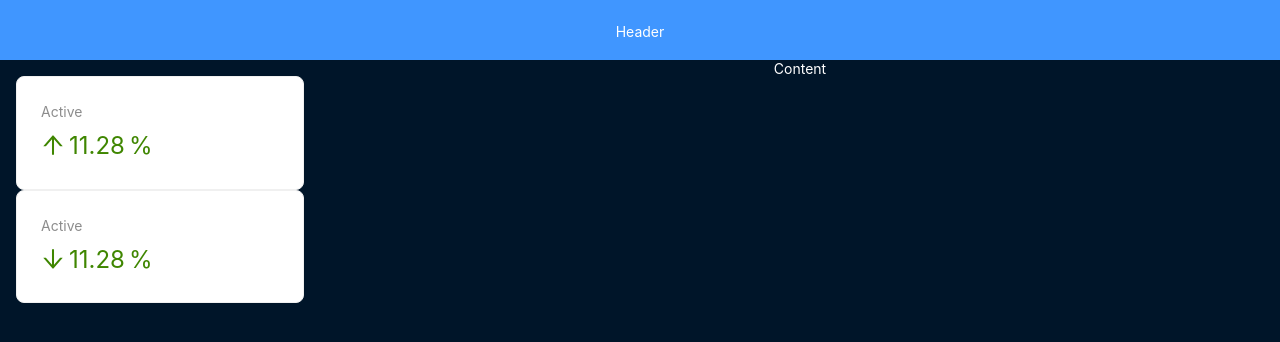
Repository: Vadia23/React-Crypto-App
Page: /
An editor plug-in stored every save of this project. The page is shown before and after the next save, followed by the edit.
The browser window is 1280 px wide. The pictures show the whole page.
The project was rebuilt for these pictures with package versions that can differ from the ones it lists, and the page was loaded fresh each time. Also part of the build but not shown: vite.config.js.

Above is the page before, as saved 2024-02-08 17:56:58.

### src/App.jsx
import { Layout } from "antd";
import AppHeader from "./components/layout/AppHeader";
import AppSider from "./components/layout/AppSider";
import AppContent from "./components/layout/AppConten";

export default function App() {
  return (
    <Layout>
      <AppHeader />
      <Layout>
        <AppSider />
        <AppContent />
      </Layout>
    </Layout>
  );
}

### src/components/layout/AppHeader.jsx
import { Layout } from "antd";

const headerStyle = {
  textAlign: "center",
  color: "#fff",
  height: 60,
  paddingInline: 48,
  lineHeight: "64px",
  backgroundColor: "#4096ff",
};

export default function AppHeader() {
  return <Layout.Header style={headerStyle}>Header</Layout.Header>;
}

### src/components/layout/AppSider.jsx
import { Card, Layout, Statistic } from "antd";
import { ArrowDownOutlined, ArrowUpOutlined } from "@ant-design/icons";

const siderStyle = {
  padding: "1rem",
};

export default function AppSider() {
  return (
    <Layout.Sider width="25%" style={siderStyle}>
      <Card>
        <Statistic
          title="Active"
          value={11.28}
          precision={2}
          valueStyle={{ color: "#3f8600" }}
          prefix={<ArrowUpOutlined />}
          suffix="%"
        />
      </Card>
      <Card>
        <Statistic
          title="Active"
          value={11.28}
          precision={2}
          valueStyle={{ color: "#3f8600" }}
          prefix={<ArrowDownOutlined />}
          suffix="%"
        />
      </Card>
    </Layout.Sider>
  );
}

### src/components/layout/AppConten.jsx
import { Layout } from "antd";

const contentStyle = {
  textAlign: "center",
  minHeight: "calc(100vh - 60px)",
  color: "#fff",
  backgroundColor: "#001529",
};

export default function AppContent() {
  return <Layout.Content style={contentStyle}>Content</Layout.Content>;
}

Loaded but not shown: index.html (common file); src/main.jsx (common file); src/index.css (common file)

After the next save:
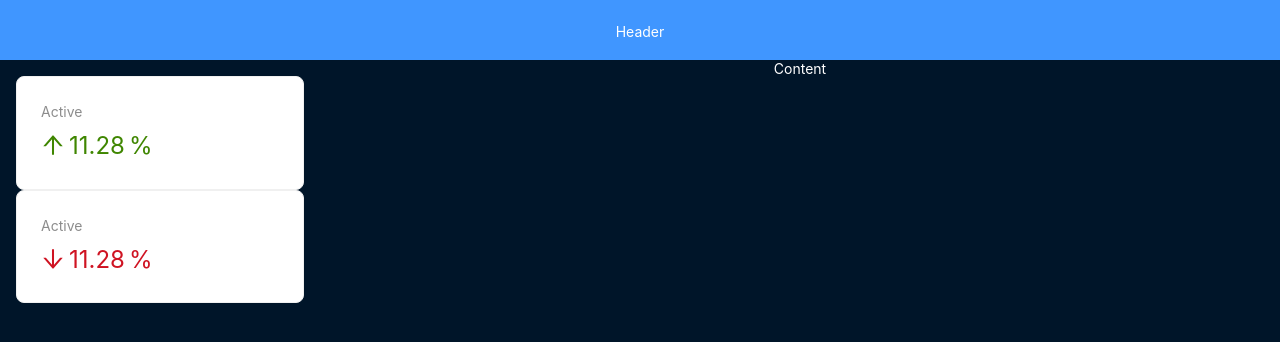
Saved 27 s later.
--- a/src/components/layout/AppSider.jsx
+++ b/src/components/layout/AppSider.jsx
@@ -23,7 +23,7 @@
           title="Active"
           value={11.28}
           precision={2}
-          valueStyle={{ color: "#3f8600" }}
+          valueStyle={{ color: "#cf1322" }}
           prefix={<ArrowDownOutlined />}
           suffix="%"
         />
